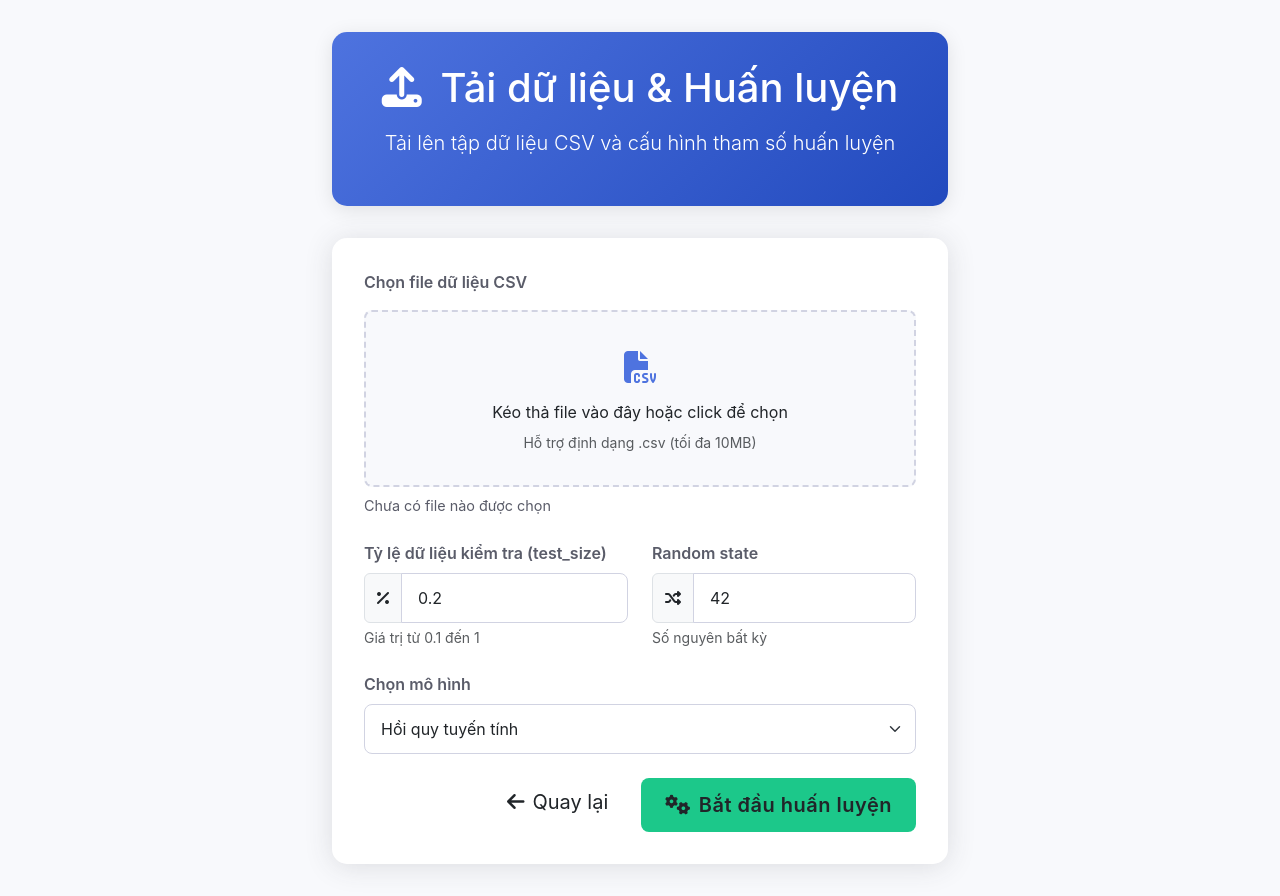
Repository: nguyenbathai1509/flask-stock-predictor
Page: http://localhost/
These files come from the project's save history. The page is drawn as it stood at one moment and after the next save; the edit follows.
The browser window is 1280 px wide. The pictures show the whole page.
The page is served by the project's application, run on Flask 3 (app.py).

Above is the page before, as saved 2025-06-06 04:05:37.
Console error: SyntaxError: Unexpected token 'var'

### templates/index.html
<!DOCTYPE html>
<html lang="vi">
<head>
    <meta charset="UTF-8">
    <title>Tải dữ liệu & Huấn luyện</title>
    <!-- Bootstrap 5 CDN -->
    <link href="https://cdn.jsdelivr.net/npm/bootstrap@5.3.0/dist/css/bootstrap.min.css" rel="stylesheet">
    <!-- Font Awesome -->
    <link rel="stylesheet" href="https://cdnjs.cloudflare.com/ajax/libs/font-awesome/6.4.0/css/all.min.css">
    <!-- Animate.css -->
    <link rel="stylesheet" href="https://cdnjs.cloudflare.com/ajax/libs/animate.css/4.1.1/animate.min.css">
    <!-- Tùy chỉnh CSS -->
    <style>
        :root {
            --primary-color: #4e73df;
            --secondary-color: #1cc88a;
            --dark-color: #5a5c69;
        }

        body {
            background-color: #f8f9fc;
            padding-top: 2rem;
            font-family: 'Nunito', -apple-system, BlinkMacSystemFont, 'Segoe UI', Roboto, 'Helvetica Neue', Arial, sans-serif;
        }

        .header-card {
            background: linear-gradient(135deg, var(--primary-color) 0%, #224abe 100%);
            color: white;
            border-radius: 15px;
            padding: 2rem;
            margin-bottom: 2rem;
            box-shadow: 0 4px 20px rgba(0,0,0,0.1);
        }

        .form-container {
            background: white;
            border-radius: 15px;
            padding: 2rem;
            box-shadow: 0 0.15rem 1.75rem 0 rgba(58, 59, 69, 0.15);
            margin-bottom: 2rem;
        }

        .form-label {
            font-weight: 600;
            color: var(--dark-color);
        }

        .form-control, .form-select {
            padding: 0.75rem 1rem;
            border-radius: 0.5rem;
            border: 1px solid #d1d3e2;
        }

        .form-control:focus, .form-select:focus {
            border-color: var(--primary-color);
            box-shadow: 0 0 0 0.25rem rgba(78, 115, 223, 0.25);
        }

        .btn-submit {
            background-color: var(--secondary-color);
            border: none;
            padding: 0.75rem;
            font-weight: 600;
            letter-spacing: 0.5px;
            transition: all 0.3s ease;
        }

        .btn-submit:hover {
            background-color: #17a673;
            transform: translateY(-2px);
        }

        .file-upload-wrapper {
            position: relative;
            margin-bottom: 1.5rem;
        }

        .file-upload-label {
            display: flex;
            align-items: center;
            justify-content: center;
            padding: 2rem;
            border: 2px dashed #d1d3e2;
            border-radius: 0.5rem;
            background-color: #f8f9fc;
            cursor: pointer;
            transition: all 0.3s ease;
        }

        .file-upload-label:hover {
            border-color: var(--primary-color);
            background-color: rgba(78, 115, 223, 0.05);
        }

        .file-upload-icon {
            font-size: 2rem;
            color: var(--primary-color);
            margin-bottom: 0.5rem;
        }

        .file-upload-input {
            position: absolute;
            left: 0;
            top: 0;
            opacity: 0;
            width: 100%;
            height: 100%;
            cursor: pointer;
        }

        .file-name {
            margin-top: 0.5rem;
            font-size: 0.9rem;
            color: var(--dark-color);
        }

        .progress-container {
            display: none;
            margin-top: 1.5rem;
        }

        .back-btn {
            background-color: white;
            color: var(--dark-color);
            border: 1px solid #d1d3e2;
        }

        .back-btn:hover {
            background-color: #f8f9fc;
            color: var(--dark-color);
        }
    </style>
</head>
<body>
    <div class="container col-lg-8 col-xl-6">
        <div class="header-card text-center animate__animated animate__fadeIn">
            <h1><i class="fas fa-upload me-2"></i> Tải dữ liệu & Huấn luyện</h1>
            <p class="lead mt-3">Tải lên tập dữ liệu CSV và cấu hình tham số huấn luyện</p>
        </div>

        <div class="form-container animate__animated animate__fadeInUp">
            <form method="POST" action="/train" enctype="multipart/form-data" id="trainForm">
                <!-- File Upload -->
                <div class="mb-4">
                    <label class="form-label mb-3">Chọn file dữ liệu CSV</label>
                    <div class="file-upload-wrapper">
                        <label class="file-upload-label" id="fileUploadLabel">
                            <div class="text-center">
                                <div class="file-upload-icon">
                                    <i class="fas fa-file-csv"></i>
                                </div>
                                <div>Kéo thả file vào đây hoặc click để chọn</div>
                                <div class="text-muted small mt-2">Hỗ trợ định dạng .csv (tối đa 10MB)</div>
                            </div>
                            <input type="file" name="datafile" class="file-upload-input" id="fileInput" accept=".csv" required>
                        </label>
                        <div class="file-name" id="fileName">Chưa có file nào được chọn</div>
                    </div>
                </div>

                <!-- Parameters -->
                <div class="row mb-4">
                    <div class="col-md-6 mb-3 mb-md-0">
                        <label for="testSize" class="form-label">Tỷ lệ dữ liệu kiểm tra (test_size)</label>
                        <div class="input-group">
                            <span class="input-group-text"><i class="fas fa-percentage"></i></span>
                            <input type="number" name="test_size" id="testSize" class="form-control"
                                   min="0.1" max="1" step="0.05" value="0.2" required>
                        </div>
                        <div class="form-text">Giá trị từ 0.1 đến 1</div>
                    </div>
                    <div class="col-md-6">
                        <label for="randomState" class="form-label">Random state</label>
                        <div class="input-group">
                            <span class="input-group-text"><i class="fas fa-random"></i></span>
                            <input type="number" name="random_state" id="randomState" class="form-control"
                                   min="0" value="42" required>
                        </div>
                        <div class="form-text">Số nguyên bất kỳ</div>
                    </div>
                </div>

                <!-- Model Selection -->
                <div class="mb-4">
                    <label class="form-label">Chọn mô hình</label>
                    <select class="form-select" name="model_type">
                        <option value="linear">Hồi quy tuyến tính</option>
                    </select>
                </div>

                <!-- Progress Bar -->
                <div class="progress-container" id="progressContainer">
                    <div class="d-flex justify-content-between mb-2">
                        <span>Đang xử lý...</span>
                        <span id="progressPercent">0%</span>
                    </div>
                    <div class="progress">
                        <div id="progressBar" class="progress-bar progress-bar-striped progress-bar-animated"
                             role="progressbar" style="width: 0%"></div>
                    </div>
                </div>

                <!-- Buttons -->
                <div class="d-grid gap-3 d-md-flex justify-content-md-end mt-4">
                    <a href="/" class="btn btn-back btn-lg">
                        <i class="fas fa-arrow-left me-2"></i>Quay lại
                    </a>
                    <button type="submit" class="btn btn-submit btn-lg px-4">
                        <i class="fas fa-cogs me-2"></i>Bắt đầu huấn luyện
                    </button>
                </div>
            </form>
        </div>
    </div>

    <!-- Bootstrap JS Bundle with Popper -->
    <script src="https://cdn.jsdelivr.net/npm/bootstrap@5.3.0/dist/js/bootstrap.bundle.min.js"></script>
    <!-- jQuery -->
    <script src="https://code.jquery.com/jquery-3.6.0.min.js"></script>
    <!-- Custom JS -->
    <script>
        $(document).ready(function() {
            // File upload display
            $('#fileInput').change(function() {
                const file = this.files[0];
                if (file) {
                    $('#fileName').html(`<i class="fas fa-check-circle text-success me-2"></i>${file.name} (${formatFileSize(file.size)})`);
                    $('#fileUploadLabel').css('border-color', '#1cc88a');
                } else {
                    $('#fileName').text('Chưa có file nào được chọn');
                    $('#fileUploadLabel').css('border-color', '#d1d3e2');
                }
            });

            // Drag and drop
            $('#fileUploadLabel').on('dragover', function(e) {
                e.preventDefault();
                $(this).css('border-color', var(--primary-color));
                $(this).css('background-color', 'rgba(78, 115, 223, 0.1)');
            });

            $('#fileUploadLabel').on('dragleave', function(e) {
                e.preventDefault();
                $(this).css('border-color', '#d1d3e2');
                $(this).css('background-color', '#f8f9fc');
            });

            $('#fileUploadLabel').on('drop', function(e) {
                e.preventDefault();
                $(this).css('border-color', '#d1d3e2');
                $(this).css('background-color', '#f8f9fc');
                const file = e.originalEvent.dataTransfer.files[0];
                if (file && file.name.endsWith('.csv')) {
                    $('#fileInput')[0].files = e.originalEvent.dataTransfer.files;
                    $('#fileName').html(`<i class="fas fa-check-circle text-success me-2"></i>${file.name} (${formatFileSize(file.size)})`);
                } else {
                    alert('Vui lòng chọn file CSV');
                }
            });

            // Form submission
            $('#trainForm').submit(function(e) {
                // Validate file size
                const file = $('#fileInput')[0].files[0];
                if (file && file.size > 10 * 1024 * 1024) { // 10MB
                    alert('File quá lớn. Kích thước tối đa là 10MB');
                    return false;
                }

                // Show progress
                $('#progressContainer').fadeIn();
                simulateProgress();

                return true;
            });

            // Helper functions
            function formatFileSize(bytes) {
                if (bytes === 0) return '0 Bytes';
                const k = 1024;
                const sizes = ['Bytes', 'KB', 'MB', 'GB'];
                const i = Math.floor(Math.log(bytes) / Math.log(k));
                return parseFloat((bytes / Math.pow(k, i)).toFixed(2)) + ' ' + sizes[i];
            }

            function simulateProgress() {
                let progress = 0;
                const interval = setInterval(function() {
                    progress += Math.random() * 10;
                    if (progress >= 90) clearInterval(interval);
                    $('#progressBar').css('width', progress + '%');
                    $('#progressPercent').text(Math.round(progress) + '%');
                }, 500);
            }
        });
    </script>
</body>
</html>

### app.py

from flask import Flask, render_template, request, redirect, url_for
import pandas as pd
import numpy as np
import os
import pickle
from sklearn.model_selection import train_test_split
from sklearn.preprocessing import StandardScaler
from sklearn.linear_model import LinearRegression
from sklearn.metrics import mean_squared_error
import plotly.graph_objs as go
import plotly.offline as pyo

app = Flask(__name__)
UPLOAD_FOLDER = 'uploads'
app.config['UPLOAD_FOLDER'] = UPLOAD_FOLDER

@app.route('/')
def index():
    return render_template('index.html')

@app.route('/train', methods=['POST'])
def train():
    file = request.files['datafile']
    test_size = float(request.form['test_size'])
    random_state = int(request.form['random_state'])

    if file:
        file_path = os.path.join(app.config['UPLOAD_FOLDER'], file.filename)
        file.save(file_path)

        df = pd.read_csv(file_path)
        df = df.drop(columns=["Date", "Dividends", "Stock Splits"], errors='ignore')

        O = df['Open']
        H = df['High']
        L = df['Low']
        V = df['Volume']
        C = df['Close']

        x = df.drop("Close", axis=1).values
        y = df["Close"].values.reshape(-1, 1)

        x_train, x_test, y_train, y_test = train_test_split(x, y, test_size=test_size, random_state=random_state)

        scaler = StandardScaler()
        x_train_scaled = scaler.fit_transform(x_train)
        x_test_scaled = scaler.transform(x_test)

        model = LinearRegression()
        model.fit(x_train_scaled, y_train)

        pickle.dump(model, open('model.pkl', 'wb'))
        pickle.dump(scaler, open('scaler.pkl', 'wb'))

        train_score = model.score(x_train_scaled, y_train)
        test_score = model.score(x_test_scaled, y_test)
        y_pred = model.predict(x_test_scaled)
        rmse = np.sqrt(mean_squared_error(y_test, y_pred))

        # Biểu đồ 1: Open vs Close
        fig1 = go.Figure()
        fig1.add_trace(go.Scatter(x=O, y=C, mode='markers', marker=dict(color='coral', opacity=0.5)))
        fig1.update_layout(title='Giá mở cửa và giá đóng cửa', xaxis_title='Giá mở cửa', yaxis_title='Giá đóng cửa')
        plot1 = pyo.plot(fig1, output_type='div')

        # Biểu đồ 2: High vs Close
        fig2 = go.Figure()
        fig2.add_trace(go.Scatter(x=H, y=C, mode='markers', marker=dict(color='lime', opacity=0.5)))
        fig2.update_layout(title='Giá trần và giá đóng cửa', xaxis_title='Giá trần', yaxis_title='Giá đóng cửa')
        plot2 = pyo.plot(fig2, output_type='div')

        # Biểu đồ 3: Low vs Close
        fig3 = go.Figure()
        fig3.add_trace(go.Scatter(x=L, y=C, mode='markers', marker=dict(color='steelblue', opacity=0.5)))
        fig3.update_layout(title='Giá sàn và giá đóng cửa', xaxis_title='Giá sàn', yaxis_title='Giá đóng cửa')
        plot3 = pyo.plot(fig3, output_type='div')

        # Biểu đồ 4: Volume vs Close
        fig4 = go.Figure()
        fig4.add_trace(go.Scatter(x=V, y=C, mode='markers', marker=dict(color='orchid', opacity=0.5)))
        fig4.update_layout(title='Khối lượng giao dịch và giá đóng cửa', xaxis_title='Khối lượng', yaxis_title='Giá đóng cửa')
        plot4 = pyo.plot(fig4, output_type='div')

        # Biểu đồ 5: Prediction vs Observed + đường LOWESS
        import statsmodels.api as sm
        lowess = sm.nonparametric.lowess
        z = lowess(y_pred.flatten(), y_test.flatten())

        fig5 = go.Figure()
        fig5.add_trace(go.Scatter(
            x=y_pred.flatten(),
            y=y_test.flatten(),
            mode='markers',
            name='Dự đoán vs Thực tế',
            marker=dict(color='red')
        ))
        fig5.add_trace(go.Scatter(
            x=z[:,0],
            y=z[:,1],
            mode='lines',
            name='Đường LOWESS',
            line=dict(color='midnightblue', width=3)
        ))
        fig5.update_layout(
            title='Dự đoán giá cổ phiếu với tập test',
            xaxis_title='Giá cổ phiếu dự đoán',
            yaxis_title='Giá cổ phiếu thực tế'
        )
        plot5 = pyo.plot(fig5, output_type='div')

        return render_template('train_result.html',
            train_score=train_score,
            test_score=test_score,
            rmse=rmse,
            plot1=plot1,
            plot2=plot2,
            plot3=plot3,
            plot4=plot4,
            plot5=plot5
        )

    return redirect(url_for('index'))

@app.route('/predict', methods=['GET', 'POST'])
def predict():
    if request.method == 'POST':
        Open = float(request.form['Open'])
        High = float(request.form['High'])
        Low = float(request.form['Low'])
        Volume = float(request.form['Volume'])

        model = pickle.load(open('model.pkl', 'rb'))
        scaler = pickle.load(open('scaler.pkl', 'rb'))

        input_data = np.array([[Open, High, Low, Volume]])
        input_scaled = scaler.transform(input_data)
        prediction = model.predict(input_scaled)

        return render_template('predict.html', prediction=np.round(prediction[0][0], 2))
    return render_template('predict.html', prediction=None)

if __name__ == '__main__':
    app.run(debug=True)

After the next save:
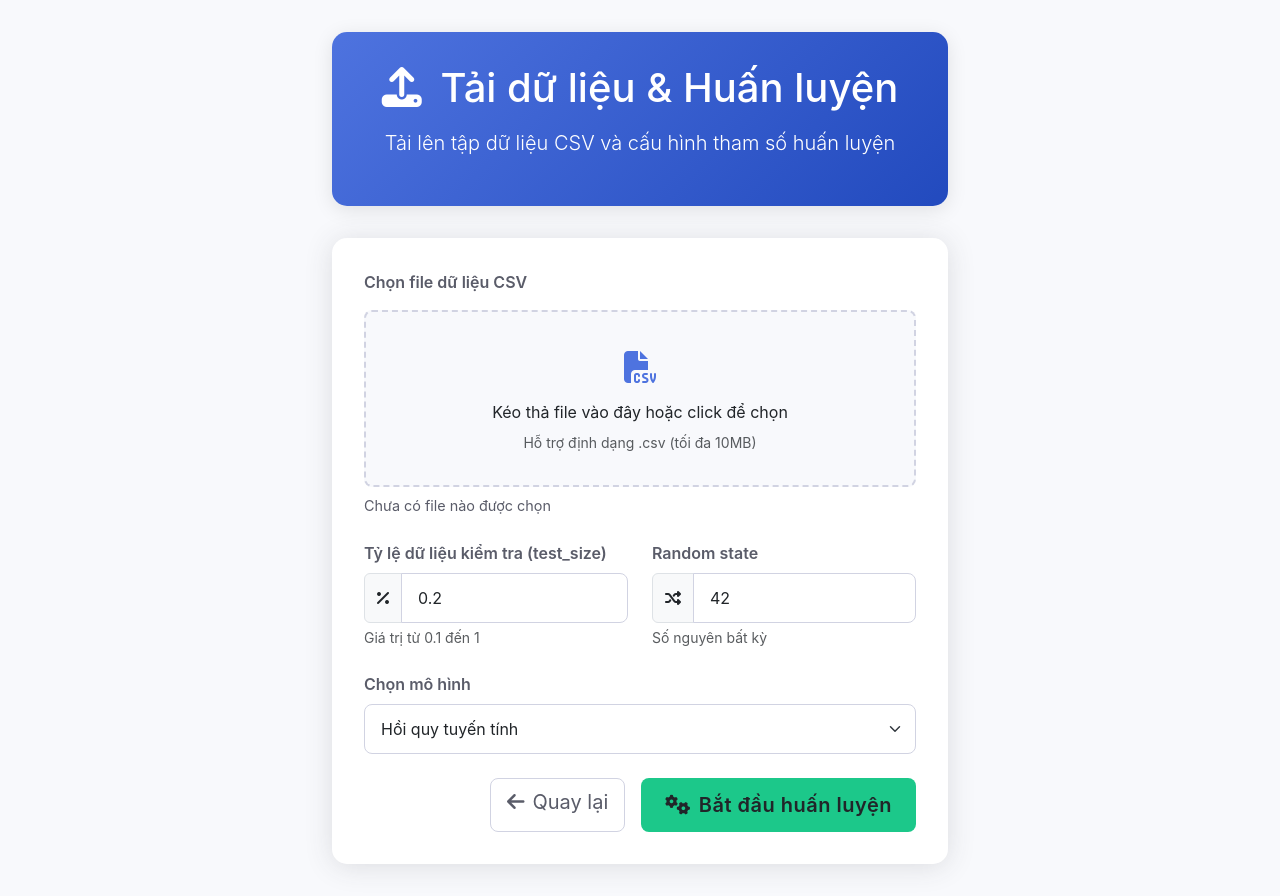
The error is gone.
Saved 2 min 6 s later.
--- a/templates/index.html
+++ b/templates/index.html
@@ -85,6 +85,7 @@
             background-color: #f8f9fc;
             cursor: pointer;
             transition: all 0.3s ease;
+            flex-direction: column;
         }
 
         .file-upload-label:hover {
@@ -112,6 +113,7 @@
             margin-top: 0.5rem;
             font-size: 0.9rem;
             color: var(--dark-color);
+            min-height: 1.2rem;
         }
 
         .progress-container {
@@ -202,7 +204,7 @@
 
                 <!-- Buttons -->
                 <div class="d-grid gap-3 d-md-flex justify-content-md-end mt-4">
-                    <a href="/" class="btn btn-back btn-lg">
+                    <a href="/" class="btn back-btn btn-lg">
                         <i class="fas fa-arrow-left me-2"></i>Quay lại
                     </a>
                     <button type="submit" class="btn btn-submit btn-lg px-4">
@@ -235,63 +237,54 @@
             // Drag and drop
             $('#fileUploadLabel').on('dragover', function(e) {
                 e.preventDefault();
-                $(this).css('border-color', var(--primary-color));
+                e.stopPropagation();
+                $(this).css('border-color', '#4e73df');
                 $(this).css('background-color', 'rgba(78, 115, 223, 0.1)');
             });
 
-            $('#fileUploadLabel').on('dragleave', function(e) {
+            $('#fileUploadLabel').on('dragleave dragend drop', function(e) {
                 e.preventDefault();
+                e.stopPropagation();
                 $(this).css('border-color', '#d1d3e2');
                 $(this).css('background-color', '#f8f9fc');
             });
 
-            $('#fileUploadLabel').on('drop', function(e) {
+            // Prevent default drop event on document to avoid open file in browser
+            $(document).on('dragover drop', function(e) {
                 e.preventDefault();
-                $(this).css('border-color', '#d1d3e2');
-                $(this).css('background-color', '#f8f9fc');
-                const file = e.originalEvent.dataTransfer.files[0];
-                if (file && file.name.endsWith('.csv')) {
-                    $('#fileInput')[0].files = e.originalEvent.dataTransfer.files;
-                    $('#fileName').html(`<i class="fas fa-check-circle text-success me-2"></i>${file.name} (${formatFileSize(file.size)})`);
-                } else {
-                    alert('Vui lòng chọn file CSV');
-                }
-            });
-
-            // Form submission
+            });
+
+            // Format file size to human readable
+            function formatFileSize(bytes) {
+                if (bytes < 1024) return bytes + ' B';
+                else if (bytes < 1048576) return (bytes / 1024).toFixed(2) + ' KB';
+                else return (bytes / 1048576).toFixed(2) + ' MB';
+            }
+
+            // Form submit validation extra check
             $('#trainForm').submit(function(e) {
-                // Validate file size
-                const file = $('#fileInput')[0].files[0];
-                if (file && file.size > 10 * 1024 * 1024) { // 10MB
-                    alert('File quá lớn. Kích thước tối đa là 10MB');
+                const inputFile = $('#fileInput')[0];
+                if (inputFile.files.length === 0) {
+                    alert('Vui lòng chọn file dữ liệu trước khi bắt đầu huấn luyện!');
+                    e.preventDefault();
                     return false;
                 }
-
-                // Show progress
-                $('#progressContainer').fadeIn();
-                simulateProgress();
-
-                return true;
-            });
-
-            // Helper functions
-            function formatFileSize(bytes) {
-                if (bytes === 0) return '0 Bytes';
-                const k = 1024;
-                const sizes = ['Bytes', 'KB', 'MB', 'GB'];
-                const i = Math.floor(Math.log(bytes) / Math.log(k));
-                return parseFloat((bytes / Math.pow(k, i)).toFixed(2)) + ' ' + sizes[i];
-            }
-
-            function simulateProgress() {
-                let progress = 0;
-                const interval = setInterval(function() {
-                    progress += Math.random() * 10;
-                    if (progress >= 90) clearInterval(interval);
-                    $('#progressBar').css('width', progress + '%');
-                    $('#progressPercent').text(Math.round(progress) + '%');
-                }, 500);
-            }
+                const file = inputFile.files[0];
+                if (!file.name.toLowerCase().endsWith('.csv')) {
+                    alert('Chỉ chấp nhận file định dạng CSV!');
+                    e.preventDefault();
+                    return false;
+                }
+                if (file.size > 10 * 1024 * 1024) { // 10MB
+                    alert('File quá lớn! Vui lòng chọn file nhỏ hơn 10MB.');
+                    e.preventDefault();
+                    return false;
+                }
+                // Hiển thị progress bar
+                $('#progressContainer').show();
+                $('#progressBar').css('width', '0%');
+                $('#progressPercent').text('0%');
+            });
         });
     </script>
 </body>
